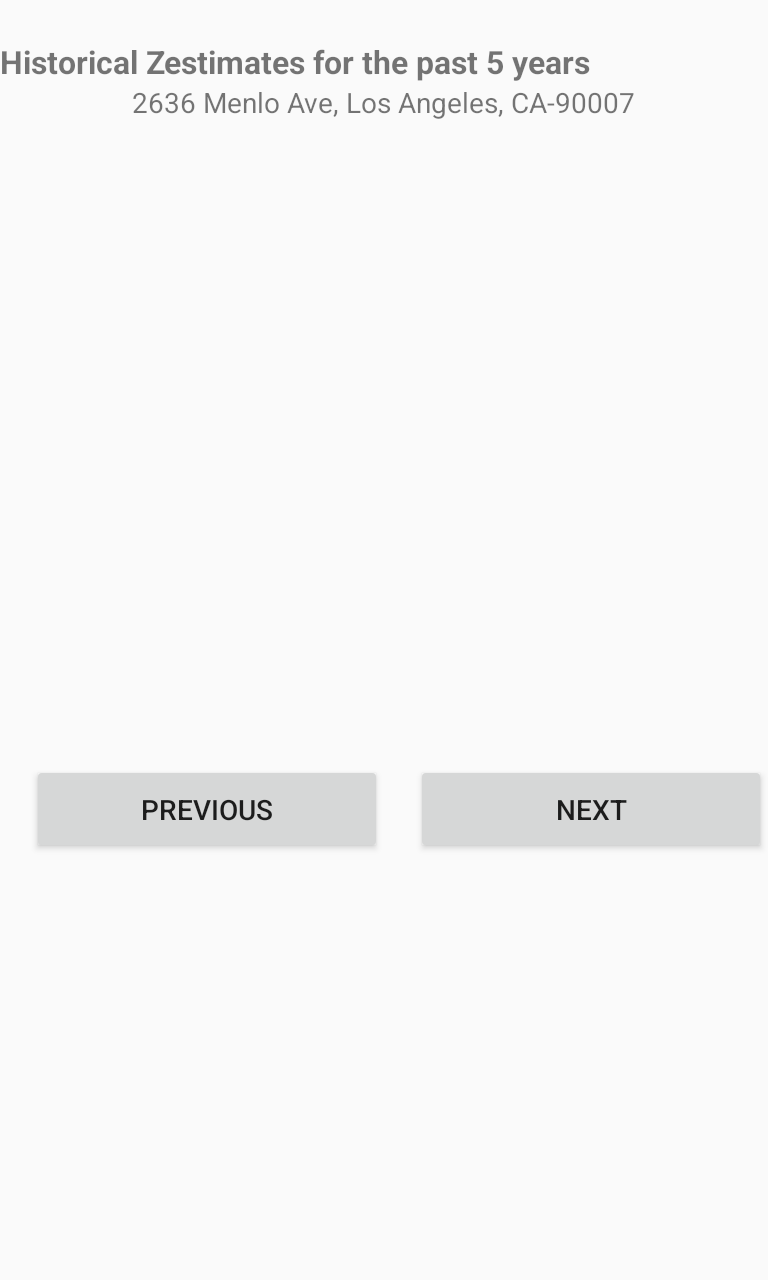
Repository: Warun26/PropertySearch
Layout: PropertySearch/res/layout/historical_zestimates_tab.xml
An editor plug-in stored every save of this project. The layout is shown before and after the next save, followed by the edit.
It is drawn on a 768 x 1280 px phone screen (xhdpi) without system bars, with theme AppTheme; the app's code is not run. The app's manifest (not shown) leaves right-to-left support off. So textAlignment, textDirection and layoutDirection are ignored, and left and right values win over start and end ones.

Above is the layout before, as saved 2014-11-23 04:33:12.

After the next save:
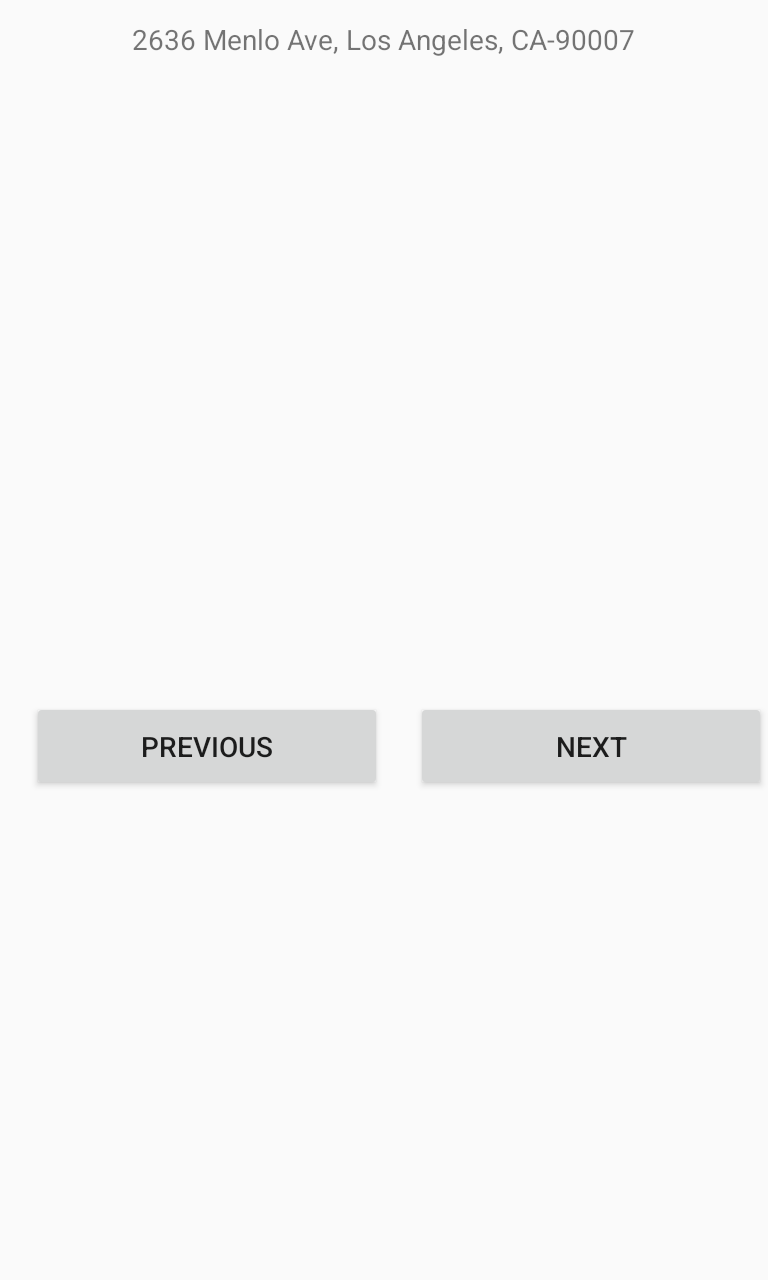
Saved 2 min 25 s later.
--- a/PropertySearch/res/layout/historical_zestimates_tab.xml
+++ b/PropertySearch/res/layout/historical_zestimates_tab.xml
@@ -17,18 +17,6 @@
         android:textStyle="bold"
         android:layout_marginTop="10dp" />
 
-      <TextView
-	     android:id="@+id/addres"
-	     android:layout_width="fill_parent"
-	     android:layout_height="wrap_content"
-	     android:padding="0dp"
-	     android:textSize="16sp"
-	     android:textAlignment="center"
-	     android:layout_gravity="center"
-	     android:textStyle="bold"
-	     android:text="Historical Zestimates for the past 5 years"
-	     android:layout_marginTop="10dp">
-	</TextView>
 
     <TextView
 	     android:id="@+id/address"
@@ -76,9 +64,4 @@
 	        android:paddingRight="3dp"
 	        android:layout_weight="1" />
         </LinearLayout>
-    <!--  TextView
-        android:id="@+id/textView2"
-        android:layout_width="wrap_content"
-        android:layout_height="wrap_content"
-        android:text="@string/body2" /-->
 </LinearLayout>
